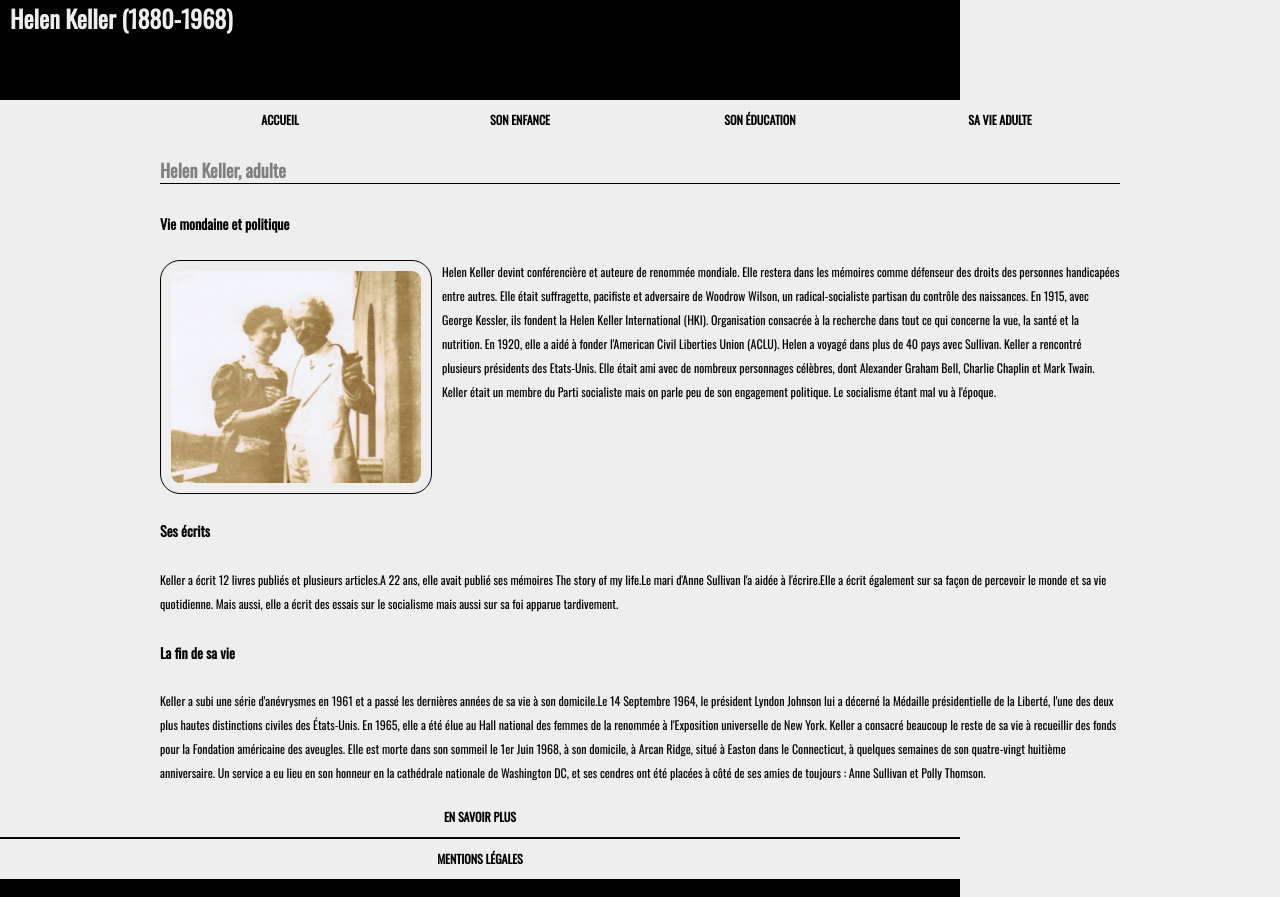
Repository: Luc010/Exercices
Page: HTML CSS/biographie_helen_keller/adulte.html
An editor plug-in stored every save of this project. The page is shown before and after the next save, followed by the edit.
The browser window is 1280 px wide. The pictures show the whole page.

Above is the page before, as saved 2019-09-04 16:10:30.

After the next save:
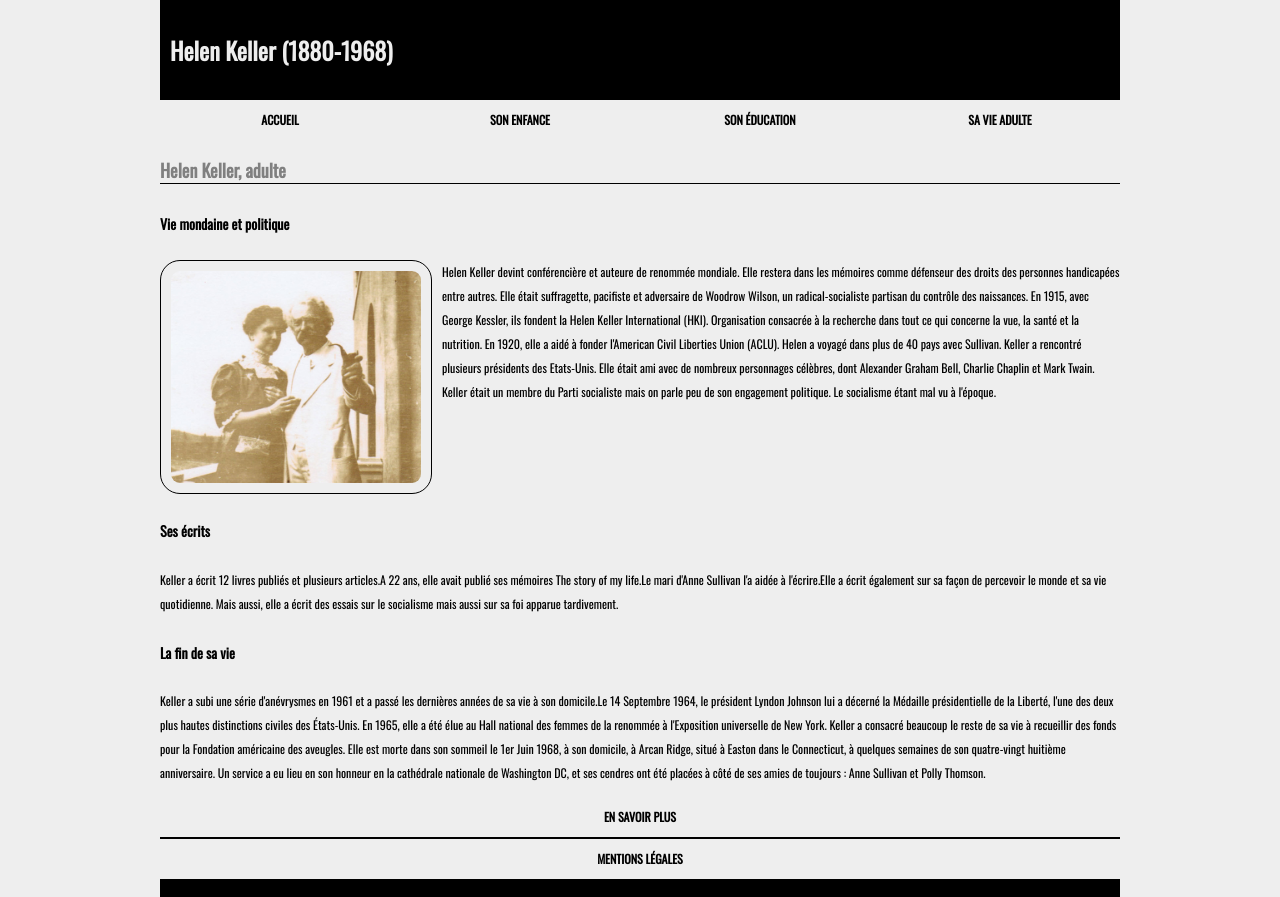
Saved 4 s later.
--- a/HTML CSS/biographie_helen_keller/style.css
+++ b/HTML CSS/biographie_helen_keller/style.css
@@ -10,7 +10,7 @@ header, footer{
     background-color: black;
     width: 960px;
     min-height: 100px;
-    line
+    line-height: 100px;
     margin-left: auto;
     margin-right: auto;
 }
